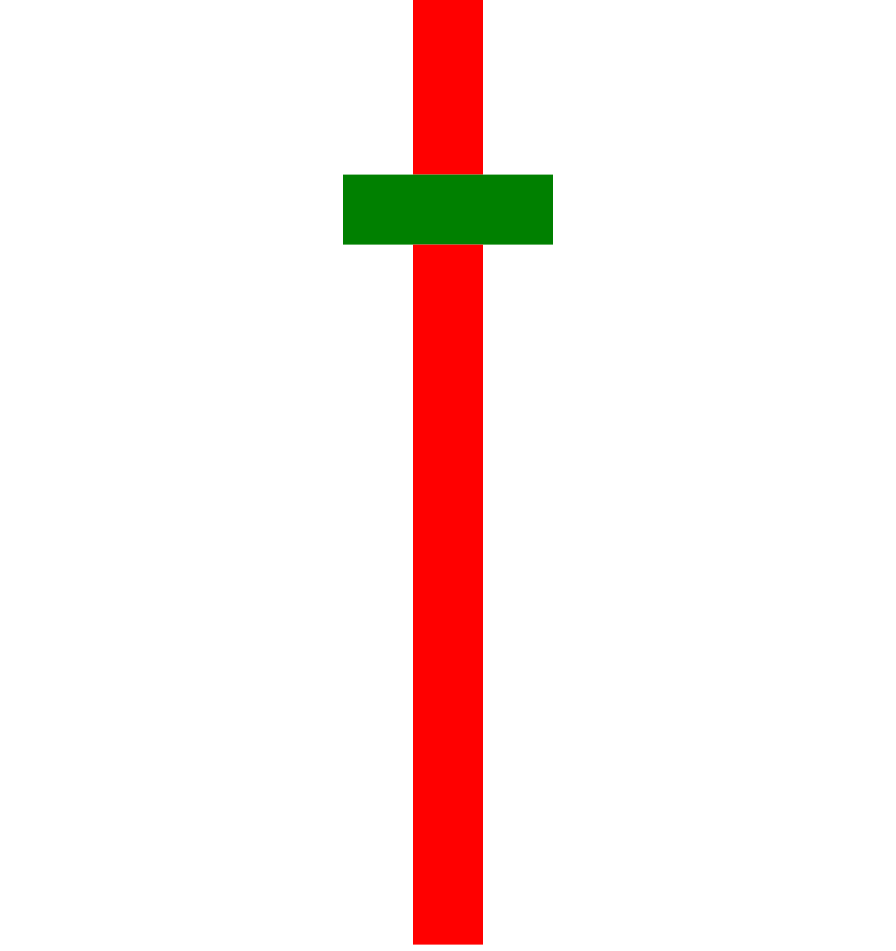
Repository: HuangHhuang/LeetCode
Page: 图片按需加载思路.html
An editor plug-in stored every save of this project. The page is shown before and after the next save, followed by the edit.
The browser window is 1280 px wide. The pictures show the part of the page from y = 758 to 2678 px (the page is 2116 px tall before and 4116 px after), at 70% of full size.

Above is the page before, as saved 2021-11-04 20:26:51.

### 图片按需加载思路.html
<!DOCTYPE html>
<html lang="en">
<head>
    <meta charset="UTF-8">
    <meta http-equiv="X-UA-Compatible" content="IE=edge">
    <meta name="viewport" content="width=device-width, initial-scale=1.0">
    <title>Document</title>
    <style>
        .main {
            height: 1000px;
            margin: 0 auto;
            width:100px;
            background-color: red;
        }
        .div1 {
            height: 100px;
            width: 300px;
            background-color: blue;
            margin: 0 auto;
        }
    </style>
</head>
<body>
    <div class = "main"></div>
    <div class = "div1" id="div"></div>
    <div class = "main"></div>
    <script>
        window.onscroll = function() {
            var div = document.getElementById("div");
            var all = div.getBoundingClientRect();
            var totalH = document.body.clientHeight
            console.log(all.top)
            if((all.top + 100) < totalH) {
                div.style.backgroundColor = "green"
            } else {
                div.style.backgroundColor = "blue"
            }
        }
    </script>
</body>
</html>

After the next save:
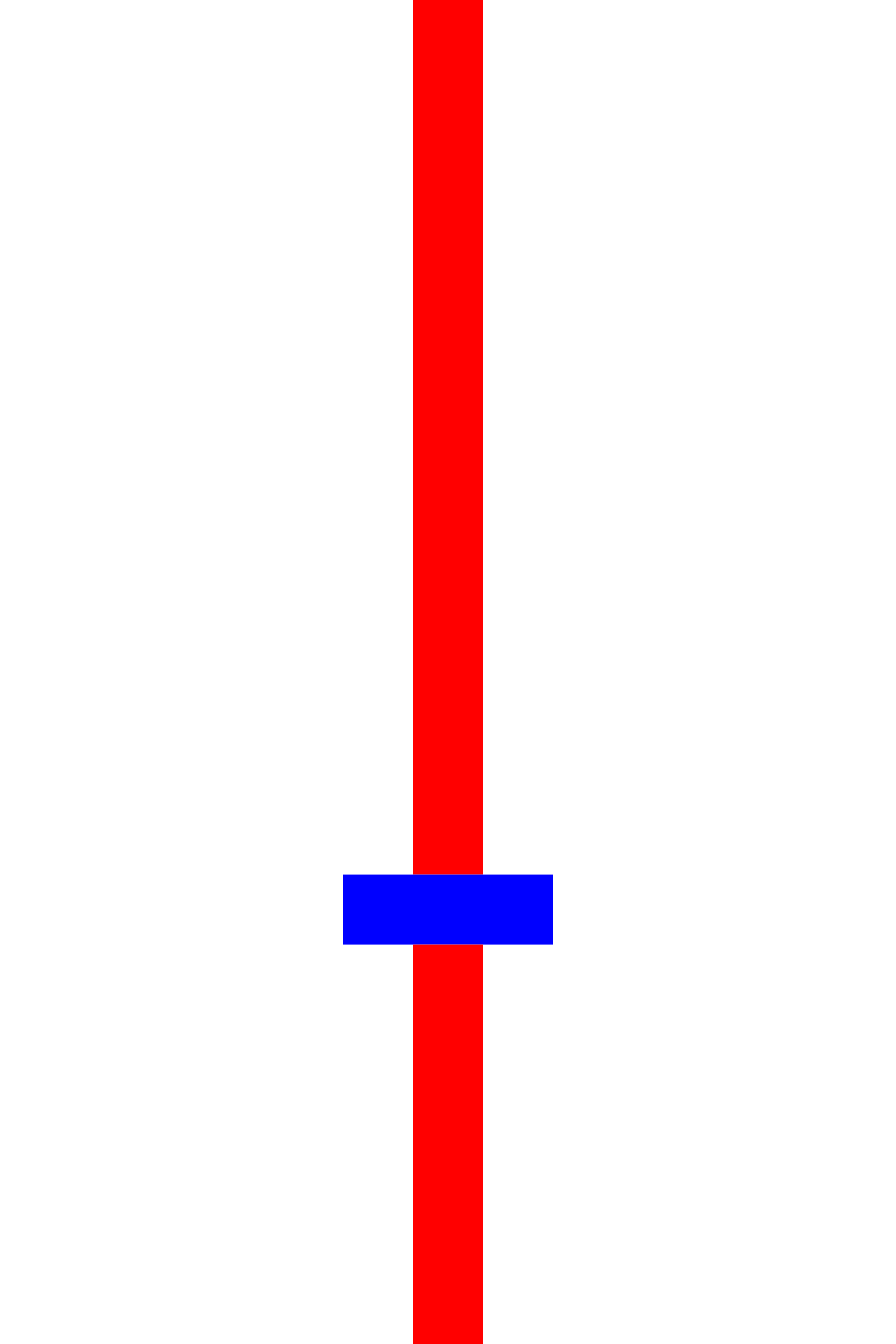
Saved 80 s later.
--- a/图片按需加载思路.html
+++ b/图片按需加载思路.html
@@ -7,7 +7,7 @@
     <title>Document</title>
     <style>
         .main {
-            height: 1000px;
+            height: 2000px;
             margin: 0 auto;
             width:100px;
             background-color: red;
@@ -30,7 +30,7 @@
             var all = div.getBoundingClientRect();
             var totalH = document.body.clientHeight
             console.log(all.top)
-            if((all.top + 100) < totalH) {
+            if((all.top + 100) > totalH) {
                 div.style.backgroundColor = "green"
             } else {
                 div.style.backgroundColor = "blue"
